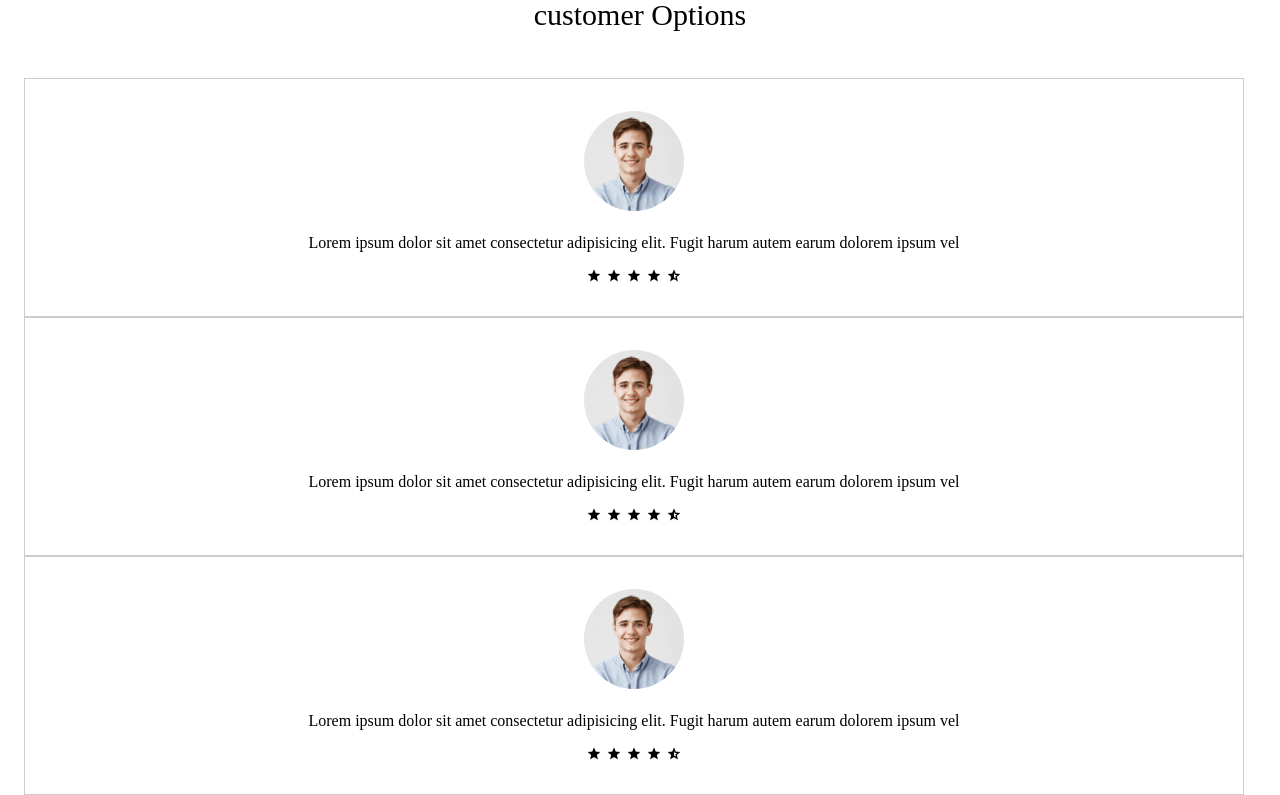
Repository: dinhhaidh/slider-3
Page: index.html
These files come from the project's save history. The page is drawn as it stood at one moment and after a run of saves; the edit follows.
The browser window is 1280 px wide. The pictures show the whole page.

Above is the page before, as saved 2024-03-22 20:36:09.

### index.html
<!DOCTYPE html>
<html lang="en">
<head>
    <meta charset="UTF-8">
    <meta name="viewport" content="width=device-width, initial-scale=1.0">
    <title>Document</title>
    <link rel="stylesheet" href="https://cdnjs.cloudflare.com/ajax/libs/remixicon/4.2.0/remixicon.min.css">

    <link rel="stylesheet" href="./swiper-bundle.min.js">

    <link rel="stylesheet" href="style.css">

</head>
<body>
    <div class="customer">
        <h3 class="customer__title">customer Options</h3>
        <div class="customer__container container">
            <div class="customer__swiper swiper">
                <div class="swiper-wrapper">
                    <article class="customer__article swiper-slide">
                        <img src="./img1.png" alt="image" class="customer__img">

                        <p>
                            Lorem ipsum dolor sit amet consectetur adipisicing elit. Fugit harum autem earum dolorem ipsum vel
                        </p>

                        <div class="customer__star">
                            <i class="ri-star-s-fill"></i>
                            <i class="ri-star-s-fill"></i>
                            <i class="ri-star-s-fill"></i>
                            <i class="ri-star-s-fill"></i>
                            <i class="ri-star-half-s-line"></i>
                        </div>
                    </article>
                    <article class="customer__article swiper-slide">
                        <img src="./img1.png" alt="image" class="customer__img">

                        <p>
                            Lorem ipsum dolor sit amet consectetur adipisicing elit. Fugit harum autem earum dolorem ipsum vel
                        </p>

                        <div class="customer__star">
                            <i class="ri-star-s-fill"></i>
                            <i class="ri-star-s-fill"></i>
                            <i class="ri-star-s-fill"></i>
                            <i class="ri-star-s-fill"></i>
                            <i class="ri-star-half-s-line"></i>
                        </div>
                    </article>
                    <article class="customer__article swiper-slide">
                        <img src="./img1.png" alt="image" class="customer__img">

                        <p>
                            Lorem ipsum dolor sit amet consectetur adipisicing elit. Fugit harum autem earum dolorem ipsum vel
                        </p>

                        <div class="customer__star">
                            <i class="ri-star-s-fill"></i>
                            <i class="ri-star-s-fill"></i>
                            <i class="ri-star-s-fill"></i>
                            <i class="ri-star-s-fill"></i>
                            <i class="ri-star-half-s-line"></i>
                        </div>
                    </article>
                </div>
            </div>
        </div>
    </div>


    <script src="./js/swiper-bundle.min.js"></script>

    <script src="./js/app.js"></script>
</body>
</html>

### style.css
*,
*:before,
*:after {
  box-sizing: border-box;
}
* {
  margin: 0;
  padding: 0;
  font: inherit;
}
img,
picture,
svg,
video {
  display: block;
  max-width: 100%;
}
input,
select,
textarea {
  background-color: transparent;
  outline: none;
}
button {
  cursor: pointer;
  background-color: transparent;
  outline: none;
  border: 0;
}
body {
  min-height: 100vh;
  font-weight: 400;
  font-size: 16px;
  line-height: 1;
}


.container{
    max-width: 1220px;
    Margin-inline: 1.5rem;
}


.customer__title{
    text-align: center;
    margin-bottom: 3rem;
    font-size: 30px;
}

.customer__article{
    display:flex;
    align-items: center;
    justify-content: center;
    flex-direction: column;
    padding: 2rem 3rem 2rem;
    background-color: #fff;
    border: 1px solid #ccc;
}
.customer__img{
    width: 100px;
    border-radius: 50%;
    margin: 0 auto 1.5rem;
}
.customer__article p {
    margin-bottom: 1rem;
    text-align: center;
}
.customer__star{

}
.ri-star-s-fill{

}
.ri-star-half-s-line{

}

Loaded but not shown: js/swiper-bundle.min.js (library); css/swiper-bundle.min.css (library); js/app.js (no stored copy; drawn as an empty file)

After the next 3 saves:
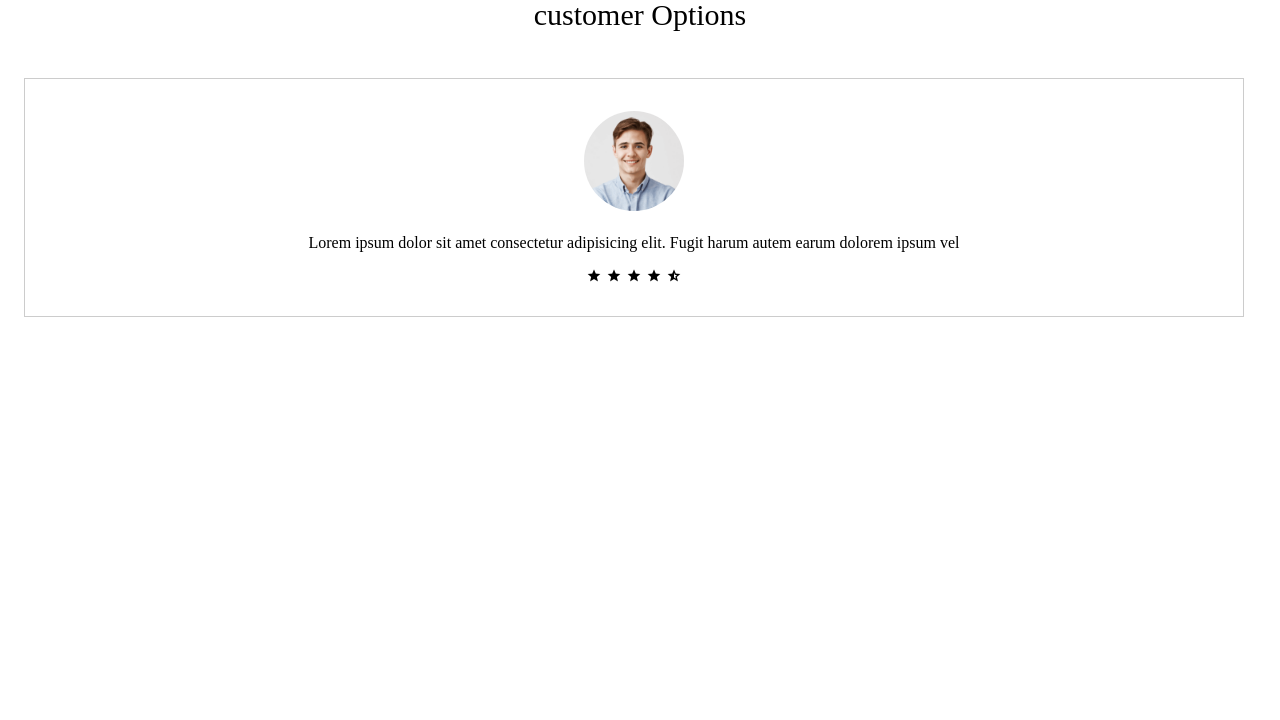
The 3 saves are shown as one change because they came seconds apart.
The last was saved 11 s later.
--- a/index.html
+++ b/index.html
@@ -6,7 +6,7 @@
     <title>Document</title>
     <link rel="stylesheet" href="https://cdnjs.cloudflare.com/ajax/libs/remixicon/4.2.0/remixicon.min.css">
 
-    <link rel="stylesheet" href="./swiper-bundle.min.js">
+    <link rel="stylesheet" href="./css/swiper-bundle.min.css">
 
     <link rel="stylesheet" href="style.css">
 
